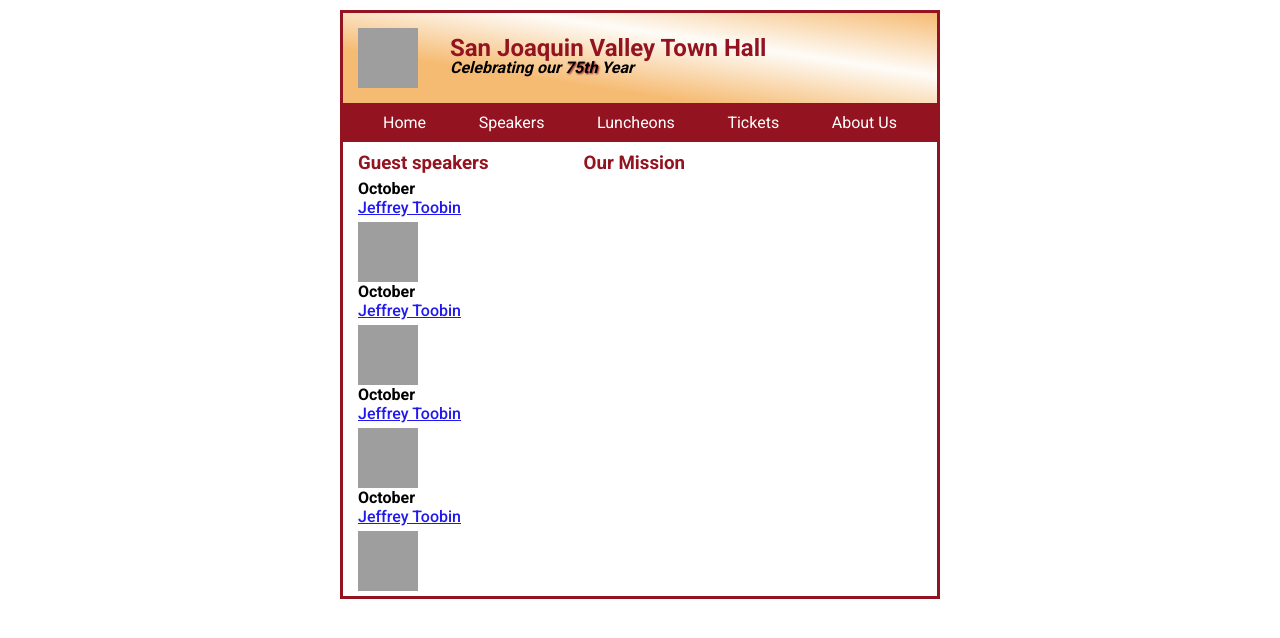
Repository: Mannj-nef/ex-5-6-7-8_IvVettech
Page: index.html
The author's editor kept a copy of each file at every save. The page is drawn from the files as they stood at one save, then again after the next save.
The browser window is 1280 px wide. The pictures show the whole page.
Pictures or frames that could not be fetched are drawn as grey boxes.

Above is the page before, as saved 2022-03-24 21:54:13.

After the next save:
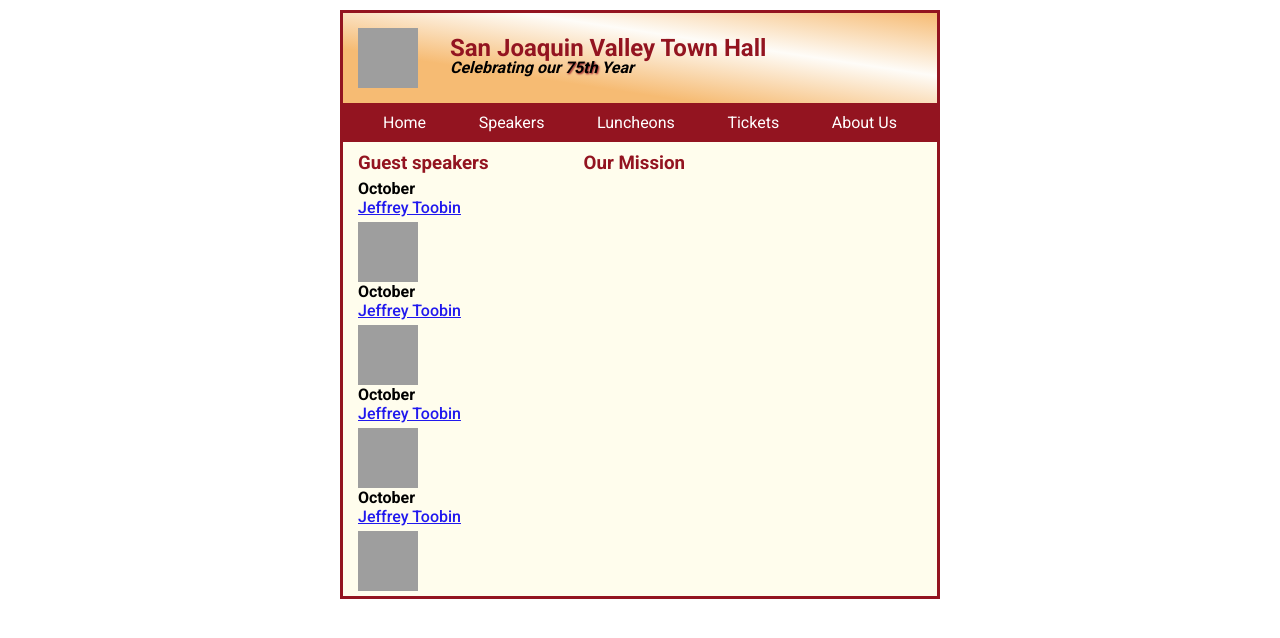
Saved 44 s later.
--- a/Asset/style.css
+++ b/Asset/style.css
@@ -79,6 +79,7 @@ html {
 }
 
 #content {
+  background-color: #fffded;
   padding: 10px 15px;
   display: flex;
 }
